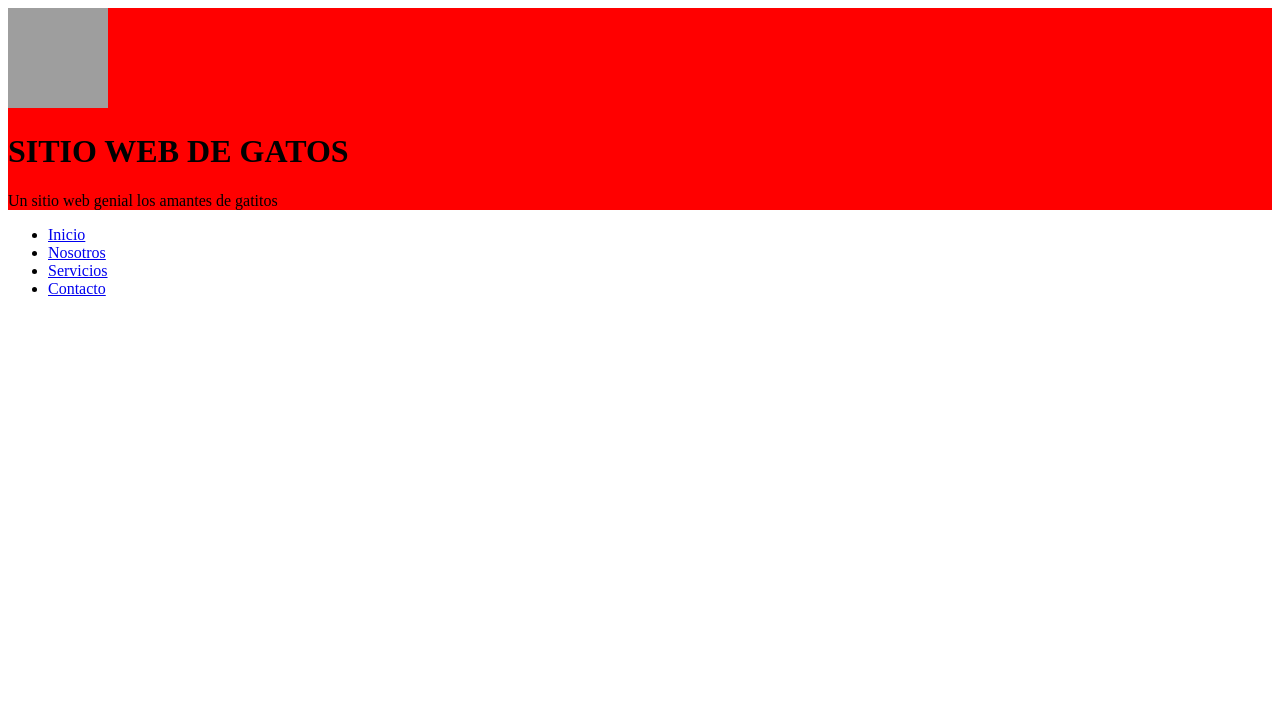
Repository: gadiazsaavedra/Unidad_2
Page: pruebaHTML.html
The author's editor kept a copy of each file at every save. The page is drawn from the files as they stood at one save, then again after the next save.
The browser window is 1280 px wide. The pictures show the whole page.
Pictures or frames that could not be fetched are drawn as grey boxes.

Above is the page before, as saved 2023-08-08 11:06:22.

After the next save:
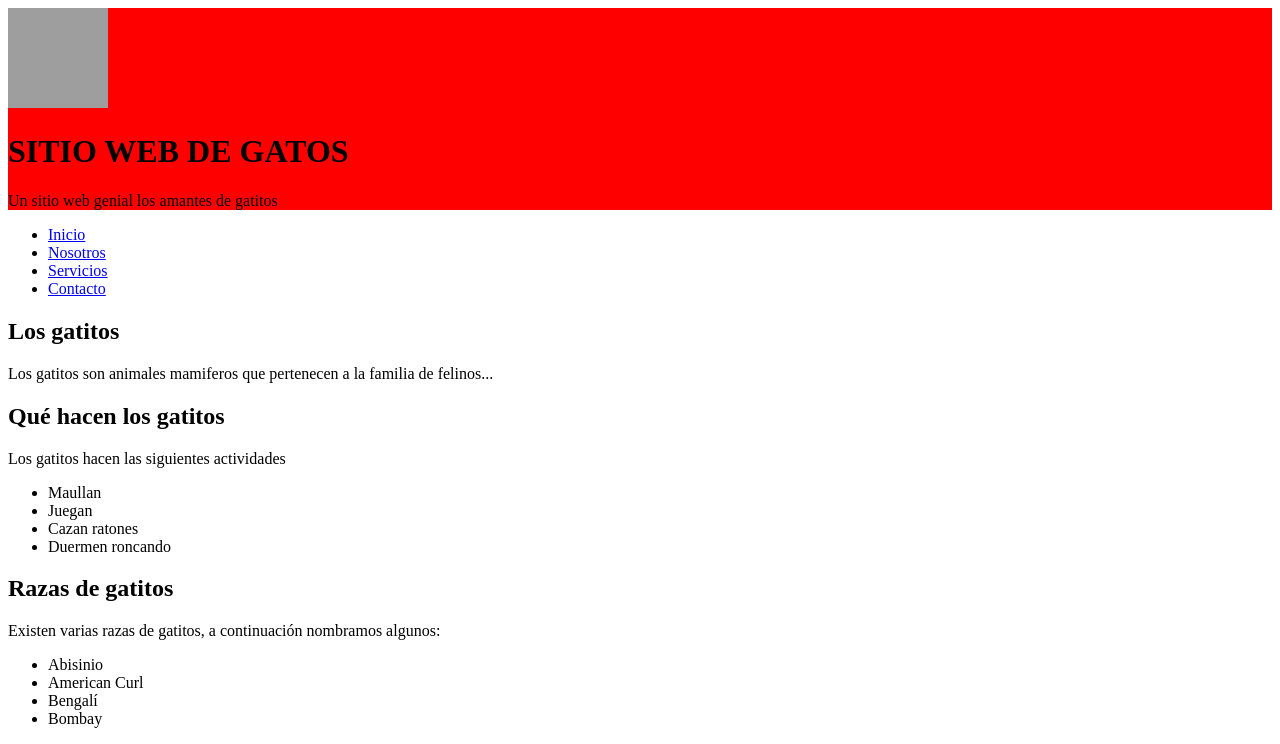
Saved 10 s later.
--- a/pruebaHTML.html
+++ b/pruebaHTML.html
@@ -17,6 +17,25 @@
           <li><a href="url">Contacto</a></li>
         </ul>
       </nav>
-
+      <article>
+        <h1>Los gatitos</h1>
+        <p>Los gatitos son animales mamiferos que pertenecen a la familia de felinos...</p>
+        <h2>Qué hacen los gatitos</h2>
+        <p>Los gatitos hacen las siguientes actividades</p>
+        <ul>
+          <li> Maullan</li>
+          <li>Juegan</li>
+          <li>Cazan ratones </li>
+          <li>Duermen roncando</li>
+        </ul>
+        <h2>Razas de gatitos</h2>
+        <p>Existen varias razas de gatitos, a continuación nombramos algunos:</p>
+          <ul>
+          <li> Abisinio</li>
+          <li>American Curl</li>
+          <li>Bengalí </li>
+          <li>Bombay</li>
+        </ul>
+      </article>
   </body>
 </html>
